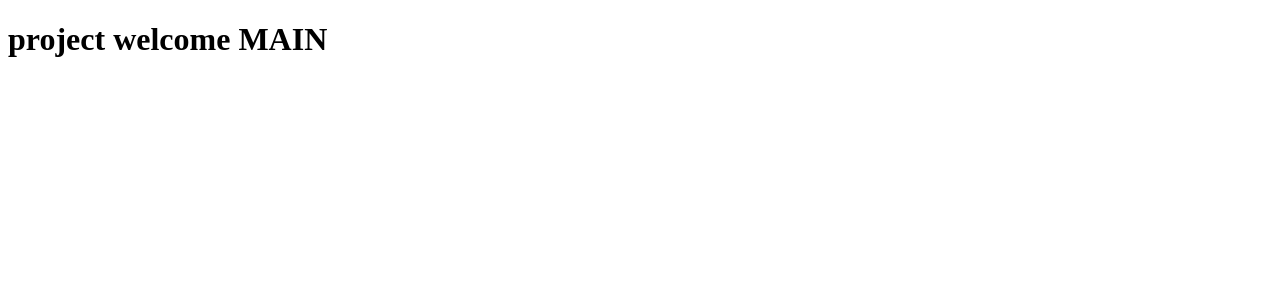
Repository: nanaball/springgg
Page: http://localhost/mvc_part01_controller/
These files come from the project's save history. The page is drawn as it stood at one moment and after the next save; the edit follows.
The browser window is 1280 px wide. The pictures show the whole page.
The page is served by Tomcat 9. Other server files are loaded and not shown.

Above is the page before, as saved 2024-02-05 05:05:25.

### workspace/mvc_part01_controller/src/main/webapp/index.jsp
<%@ page language="java" contentType="text/html; charset=UTF-8"
    pageEncoding="UTF-8"%>
<!DOCTYPE html>
<html>
<head>
<meta charset="UTF-8">
<title>Insert title here</title>
</head>
<body>
	<h1>project welcome MAIN</h1>
</body>
</html>

After the next save:
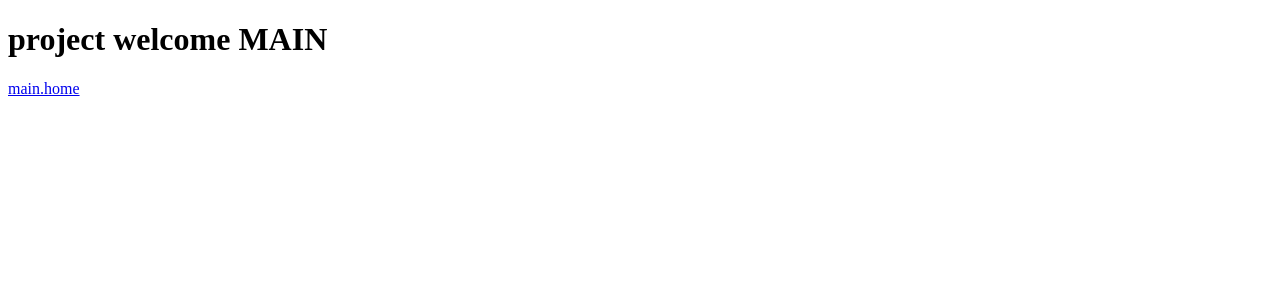
Saved 84 s later.
--- a/workspace/mvc_part01_controller/src/main/webapp/index.jsp
+++ b/workspace/mvc_part01_controller/src/main/webapp/index.jsp
@@ -8,5 +8,6 @@
 </head>
 <body>
 	<h1>project welcome MAIN</h1>
+	<a href="main.home">main.home</a>
 </body>
 </html>
